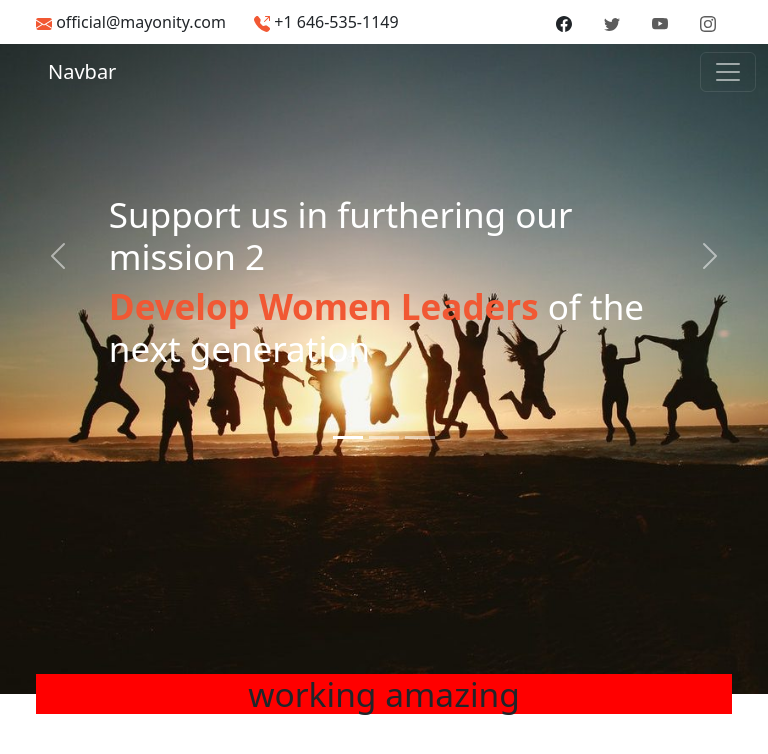
Repository: rizwan-zafar/wings
Page: /
An editor plug-in stored every save of this project. The page is shown before and after the next save, followed by the edit.
The browser window is 768 px wide. The pictures show the whole page.
The project was rebuilt for these pictures with package versions that can differ from the ones it lists, and the page was loaded fresh each time.

Above is the page before, as saved 2022-11-27 17:09:22.

### public/index.html
<!DOCTYPE html>
<html lang="en">
  <head>
    <meta charset="utf-8" />
    <link rel="icon" href="%PUBLIC_URL%/favicon.ico" />
    <meta name="viewport" content="width=device-width, initial-scale=1" />
    <meta name="theme-color" content="#000000" />
    <meta
      name="description"
      content="Web site created using create-react-app"
    />
    <link rel="apple-touch-icon" href="%PUBLIC_URL%/logo192.png" />
    <!--
      manifest.json provides metadata used when your web app is installed on a
      user's mobile device or desktop. See https://developers.google.com/web/fundamentals/web-app-manifest/
    -->
    <link rel="manifest" href="%PUBLIC_URL%/manifest.json" />
    <!--
      Notice the use of %PUBLIC_URL% in the tags above.
      It will be replaced with the URL of the `public` folder during the build.
      Only files inside the `public` folder can be referenced from the HTML.

      Unlike "/favicon.ico" or "favicon.ico", "%PUBLIC_URL%/favicon.ico" will
      work correctly both with client-side routing and a non-root public URL.
      Learn how to configure a non-root public URL by running `npm run build`.
    -->
    <title>Wings</title>
  </head>
  <body>
    <noscript>You need to enable JavaScript to run this app.</noscript>
    <div id="root"></div>
    <!--
      This HTML file is a template.
      If you open it directly in the browser, you will see an empty page.

      You can add webfonts, meta tags, or analytics to this file.
      The build step will place the bundled scripts into the <body> tag.

      To begin the development, run `npm start` or `yarn start`.
      To create a production bundle, use `npm run build` or `yarn build`.
    -->
  </body>
</html>

### src/index.js
import React from 'react';
import ReactDOM from 'react-dom/client';
import './index.css';
import App from './App';
import "../node_modules/bootstrap/dist/css/bootstrap.min.css"
import "../node_modules/bootstrap/dist/js/bootstrap.min.js"

const root = ReactDOM.createRoot(document.getElementById('root'));
root.render(
     <App />
 );

// If you want to start measuring performance in your app, pass a function
// to log results (for example: reportWebVitals(console.log))
// or send to an analytics endpoint. Learn more: https://bit.ly/CRA-vitals

### src/index.css
html {
  margin: 0;
  padding: 0;
  font-family: -apple-system, BlinkMacSystemFont, 'Segoe UI', 'Roboto', 'Oxygen',
    'Ubuntu', 'Cantarell', 'Fira Sans', 'Droid Sans', 'Helvetica Neue',
    sans-serif;
  -webkit-font-smoothing: antialiased;
  -moz-osx-font-smoothing: grayscale;
}
.icons{
  color:#f15833 ;
}
.social-icons{
  color:#000000a3
}

### src/App.js
import Home from "./Pages/Home"
function App() {
  return (

    <>
      <Home />
    </>

  );
}

export default App;

### src/Pages/Home.js
import React from 'react'
import TopNavbar from "../Components/Topnavbar"
// import Navbar from "../Components/Navbar"
import Slider from "../Components/Slider"
export default function Home() {
    return (
        <div>
            <TopNavbar />
            {/* <Navbar /> */}
            <Slider />
        </div>
    )
}

### src/Components/Topnavbar.js
import React from 'react'
import "../Css/Topnav.css"
import { EnvelopeFill, TelephoneOutboundFill, Twitter, Youtube, Instagram, Facebook } from "react-bootstrap-icons"
export default function Topnavbar() {
    return (
        <div className="top-bar container d-flex justify-content-between">
            <div>
                <span> <EnvelopeFill className="icons" /> official@mayonity.com</span>
                <span className="set-padding p-4"> <TelephoneOutboundFill className="icons ml-3" /> +1 646-535-1149</span>
            </div>
            <div>
                <span className="p-3 social-icons-"><Facebook /></span>
                <span className="p-3 social-icons"><Twitter /></span>
                <span className="p-3 social-icons"><Youtube /></span>
                <span className="p-3 social-icons"><Instagram /></span>
            </div>
        </div>
    )
}

### src/Components/Slider.js
import React from 'react'
import "../Css/Slider.css"
import Navbar from "../Components/Navbar"
export default function Slider() {
    return (
        <>
            <div className="set-slider">
                <Navbar />
                <div id="carouselExampleCaptions" className=" carousel slide" data-bs-ride="false">
                    <div className="carousel-indicators">
                        <button type="button" data-bs-target="#carouselExampleCaptions" data-bs-slide-to="0" className="active" aria-current="true" aria-label="Slide 1"></button>
                        <button type="button" data-bs-target="#carouselExampleCaptions" data-bs-slide-to="1" aria-label="Slide 2"></button>
                        <button type="button" data-bs-target="#carouselExampleCaptions" data-bs-slide-to="2" aria-label="Slide 3"></button>
                    </div>
                    <div className="carousel-inner container">
                        <div className="carousel-item active">
                            <div>
                                <h1>Support us in furthering our mission 2</h1>
                                <h1><strong>Develop Women Leaders</strong> of the next generation</h1>
                            </div>
                        </div>
                        <div className="carousel-item">
                            <div>
                                <h1>Support us in furthering our mission 3</h1>
                                <h1><strong>Develop Women Leaders</strong> of the next generation</h1>
                            </div>
                        </div>
                        <div className="carousel-item">
                            <div>
                                <h1>Support us in furthering our mission</h1>
                                <h1><strong>Develop Women Leaders</strong> of the next generation</h1>
                            </div>
                        </div>

                    </div>
                    <div className="sliders-btn">
                        <button className="carousel-control-prev" type="button" data-bs-target="#carouselExampleCaptions" data-bs-slide="prev">
                            <span className="carousel-control-prev-icon" aria-hidden="true"></span>
                            <span className="visually-hidden">Previous</span>
                        </button>
                        <button className="carousel-control-next" type="button" data-bs-target="#carouselExampleCaptions" data-bs-slide="next">
                            <span className="carousel-control-next-icon" aria-hidden="true"></span>
                            <span className="visually-hidden">Next</span>
                        </button>
                    </div>
                </div>
            </div>

            <div className="container text-center slider-footer">
                <div className="container">
                    <h1>working amazing</h1>
                </div>
            </div>
        </>
    )
}

### src/Css/Topnav.css
.top-bar{
background-color: #fff;
padding: 10px;
}
.nav-container .navbar
{
    position: fixed;
    width: -webkit-fill-available;
    z-index: 3;
}
.nav-container .btn
{
    background: #f15833;
    border-radius: 23px;
    color: white;
    padding: 11px;
    font-weight: 500;
}
 .nav-container nav ul li a
{
    color:  white;
}

### src/Css/Slider.css
.set-slider {
    background-image: url("/public/Images/header.jpg");
    background-size: cover;
    background-repeat: no-repeat;
    height: 650px;
}

.set-slider .carousel-indicators {
    top: 90%
}

.set-slider .carousel-inner {
   width: 80%;
}

.set-slider .carousel-inner .carousel-item>div {

    padding: 50px;
    padding-top: 250px;
}

.set-slider .carousel-inner h1 {

    font-weight: 400;
    color:#fff;
}

.set-slider .carousel-inner h1 strong {
    color: #f15833
}
.set-slider .sliders-btn {
    padding-top:250px;
}

.slider-footer>div {
    background: red;
    max-width: 1025px;
    margin-top: -20px;
}

@media (max-width: 1400px) {
    .nav-container .navbar-expanding {
        flex-wrap: nowrap !important;
        justify-content: flex-start !important;
        background-color: red;
    }
}

@media (max-width: 991px) {

    .set-slider .carousel-item h1 {
        font-size: 35px;
    }
    .set-slider .carousel-inner .carousel-item>div {
        padding: 20px;
        padding-top: 150px;
    }
    .set-slider .sliders-btn {
        padding-top:70px;
    }
}

@media (max-width: 450px) {
    .set-slider {
        height: 450px;
    }

    .set-slider .carousel-inner {
        margin-top: 16px;
    }

    .set-slider .carousel-item h1 {
        font-size: 25px;
    }
    .set-slider .carousel-inner .carousel-item>div {
        padding: 20px;
        padding-top: 150px;
    }
    .set-slider .sliders-btn {
        padding-top:70px;
    }
}

### src/Components/Navbar.js
import React from 'react'

export default function Navbar() {
  return (
    <div className="nav-container container">
      <nav className="navbar navbar-expand-lg navbar-dark">
        <div className="container-fluid">
          <a className="navbar-brand" href="/">Navbar</a>
          <button className="navbar-toggler" type="button" data-bs-toggle="collapse" data-bs-target="#navbarNav" aria-controls="navbarNav" aria-expanded="false" aria-label="Toggle navigation">
            <span className="navbar-toggler-icon"></span>
          </button>
          <div className="collapse navbar-collapse" id="navbarNav">
            <ul className="navbar-nav ms-auto">
              <li className="nav-item">
                <a className="nav-link active" aria-current="page" href="/">Home</a>
              </li>
              <li className="nav-item">
                <a className="nav-link" href="/">About Us</a>
              </li>
              <li className="nav-item">
                <a className="nav-link" href="/">Signature Program</a>
              </li>
              <li className="nav-item">
                <a className="nav-link" href="/">Learning</a>
              </li>
              <li className="nav-item">
                <a className="nav-link" href="/">#101WomenOnDesk</a>
              </li>
              <li className="nav-item">
                <a className="nav-link" href="/">Corporate Clients</a>
              </li>
              <li className="nav-item">
                <a className="nav-link" href="/">Get Involved</a>
              </li>
              <li className="nav-item">
                <a className="nav-link" href="/">Get Involved</a>
              </li>
              <li className="nav-item">
                <a className="nav-link" href="/">Testimonial</a>
              </li>
              <li className="nav-item">
                <a className="nav-link btn " href="/">Donate Now</a>
              </li>

            </ul>
          </div>
        </div>
      </nav>
    </div>
  )
}

After the next save:
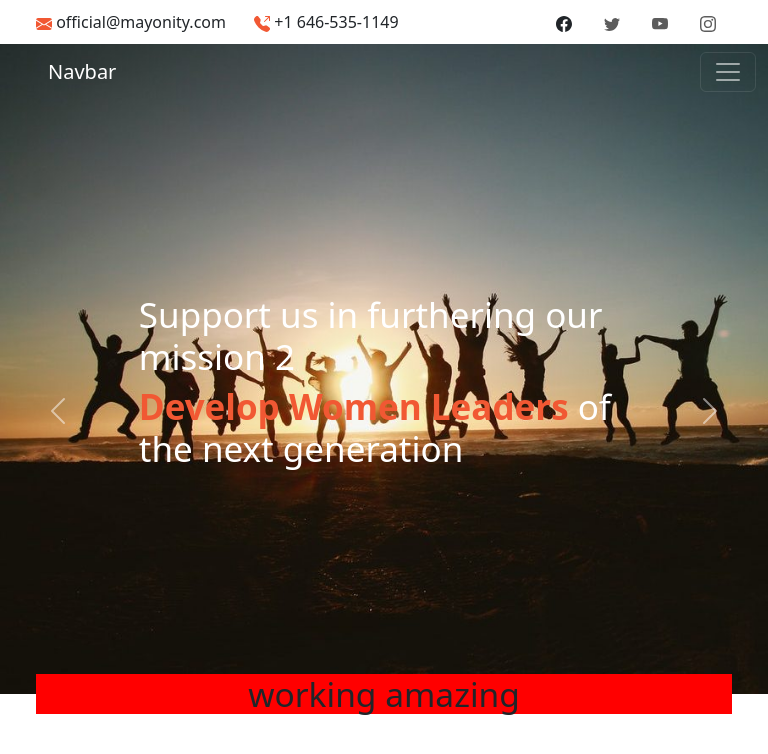
Saved 20 s later.
--- a/src/Css/Slider.css
+++ b/src/Css/Slider.css
@@ -51,13 +51,13 @@
     .set-slider .carousel-item h1 {
         font-size: 35px;
     }
-    .set-slider .carousel-inner .carousel-item>div {
+    /* .set-slider .carousel-inner .carousel-item>div {
         padding: 20px;
         padding-top: 150px;
     }
     .set-slider .sliders-btn {
         padding-top:70px;
-    }
+    } */
 }
 
 @media (max-width: 450px) {

After the save that followed:
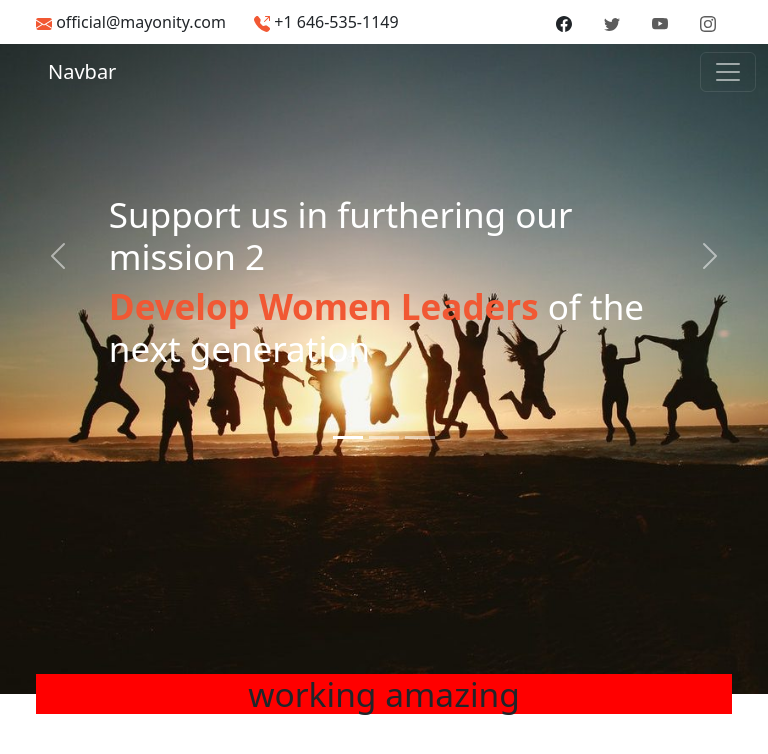
Saved 16 s later.
--- a/src/Css/Slider.css
+++ b/src/Css/Slider.css
@@ -51,13 +51,13 @@
     .set-slider .carousel-item h1 {
         font-size: 35px;
     }
-    /* .set-slider .carousel-inner .carousel-item>div {
+    .set-slider .carousel-inner .carousel-item>div {
         padding: 20px;
         padding-top: 150px;
     }
     .set-slider .sliders-btn {
         padding-top:70px;
-    } */
+    }
 }
 
 @media (max-width: 450px) {
